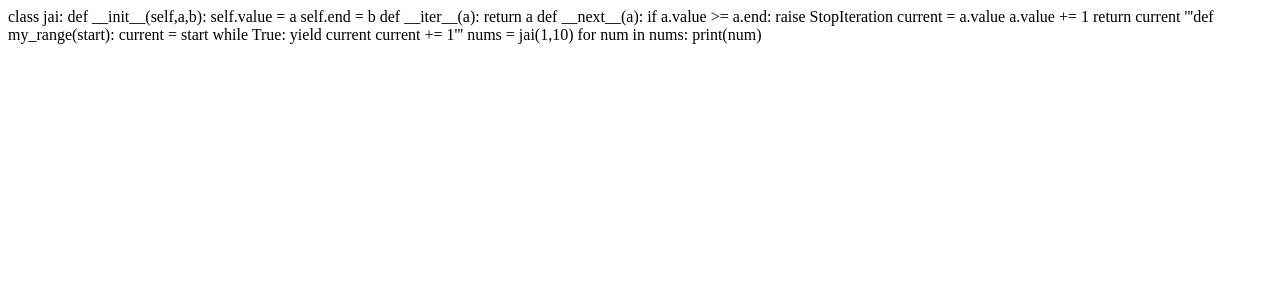
Repository: JAYAPRAKASH7541/jai7541
Page: python_sample_package/simple.html
The author's editor kept a record of every edit. The page is drawn from the files as they stood at one moment, then again after the next edit.
The browser window is 1280 px wide. The pictures show the whole page.

Above is the page before.

After the next edit:
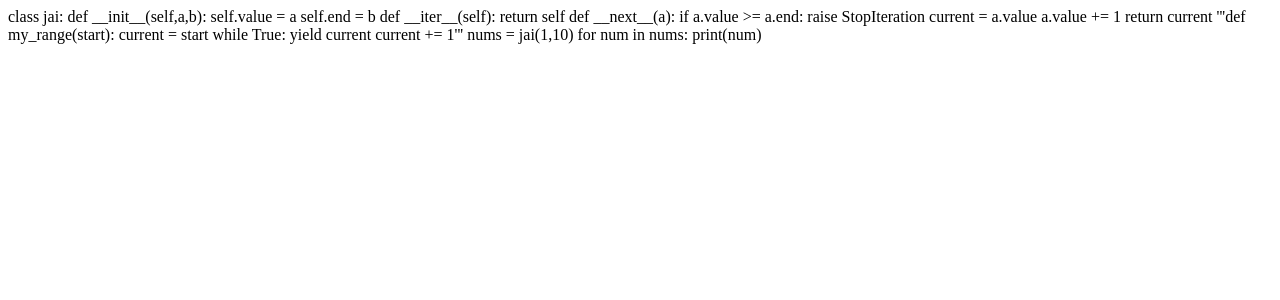
The edit:
--- a/python_sample_package/simple.html
+++ b/python_sample_package/simple.html
@@ -5,8 +5,8 @@
         self.value = a
         self.end = b
 
-    def __iter__(a):
-        return a
+    def __iter__(self):
+        return self
 
     def __next__(a):
         if a.value >= a.end:
